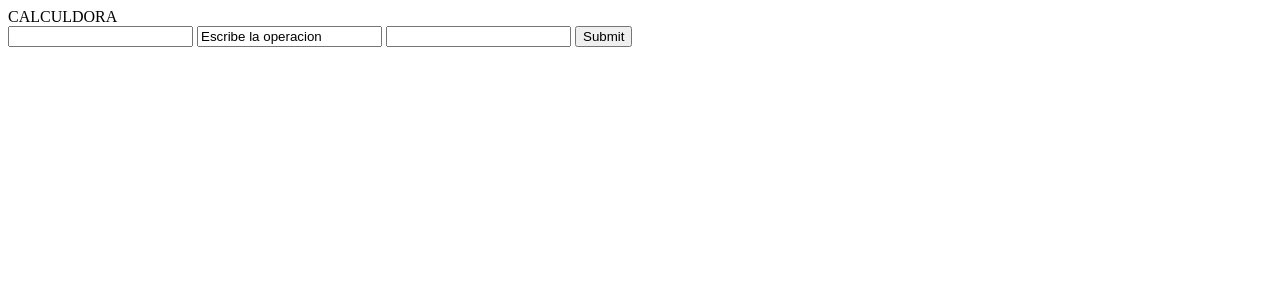
Repository: josevazquez99/DesarrolloWebEnEntornoServidor
Page: HolaMundo/src/main/webapp/index.html
An editor plug-in stored every save of this project. The page is shown before and after the next save, followed by the edit.
The browser window is 1280 px wide. The pictures show the whole page.

Above is the page before, as saved 2023-09-28 09:35:26.

After the next save:
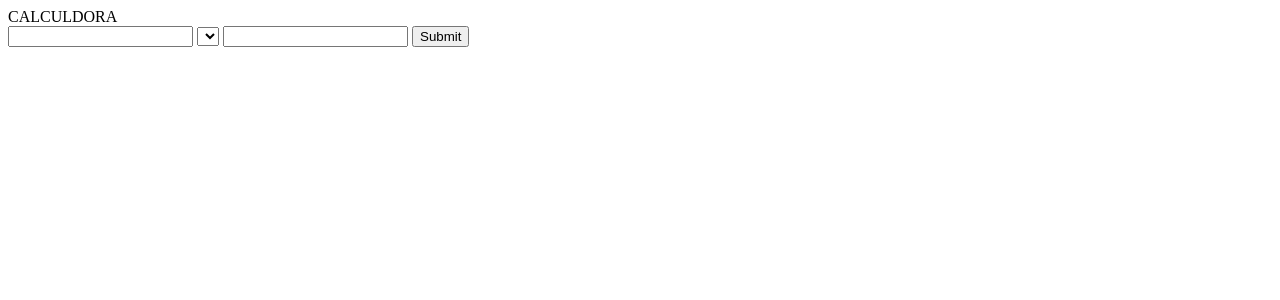
Saved 79 s later.
--- a/HolaMundo/src/main/webapp/index.html
+++ b/HolaMundo/src/main/webapp/index.html
@@ -17,7 +17,11 @@ CALCULDORA
 <form action="resultado" method="post">
 
 <input type="number" name="num1" value="Escribe un numero"></input>
-<input type="text" name="operacion" value="Escribe la operacion"></input>
+<select>
+	< option value="opcion1" >+</option>
+	< option value="opcion2" >-</option>
+
+</select>
 <input type="number" name="num2" value="Escribe otro numero"></input>
 
 
